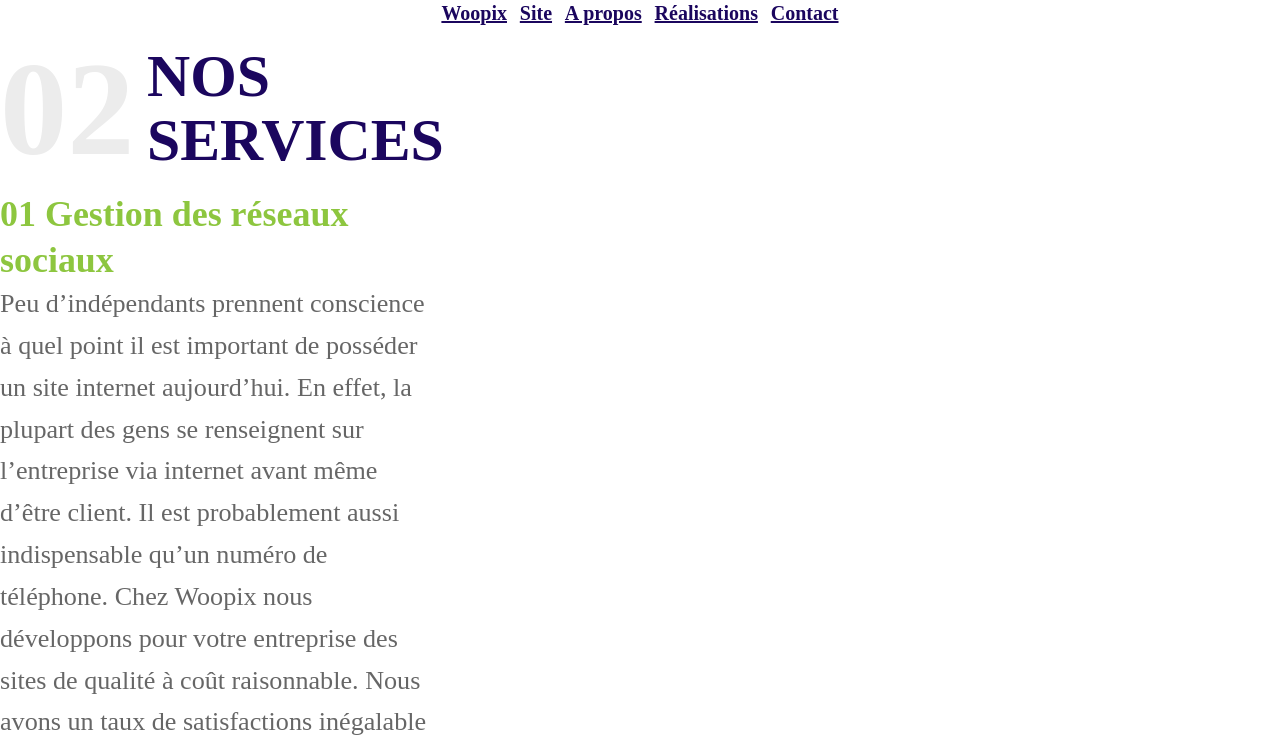
Repository: keloriane/woopix
Page: /woopix/nos-services
The author's editor kept a copy of each file at every save. The page is drawn from the files as they stood at one save, then again after the next save.
The browser window is 1280 px wide. The pictures show the whole page.
The project was rebuilt for these pictures with package versions that can differ from the ones it lists, and the page was loaded fresh each time. Also part of the build but not shown: src/pages/Services/components/ServiceItem.js, src/pages/Services/components/ServiceOption.js, src/pages/Services/index.js, src/pages/Home.js, src/global/Container.js, src/pages/About/index.js, src/pages/Portfolio/index.js.

Above is the page before, as saved 2020-09-25 13:34:35.

After the next save:
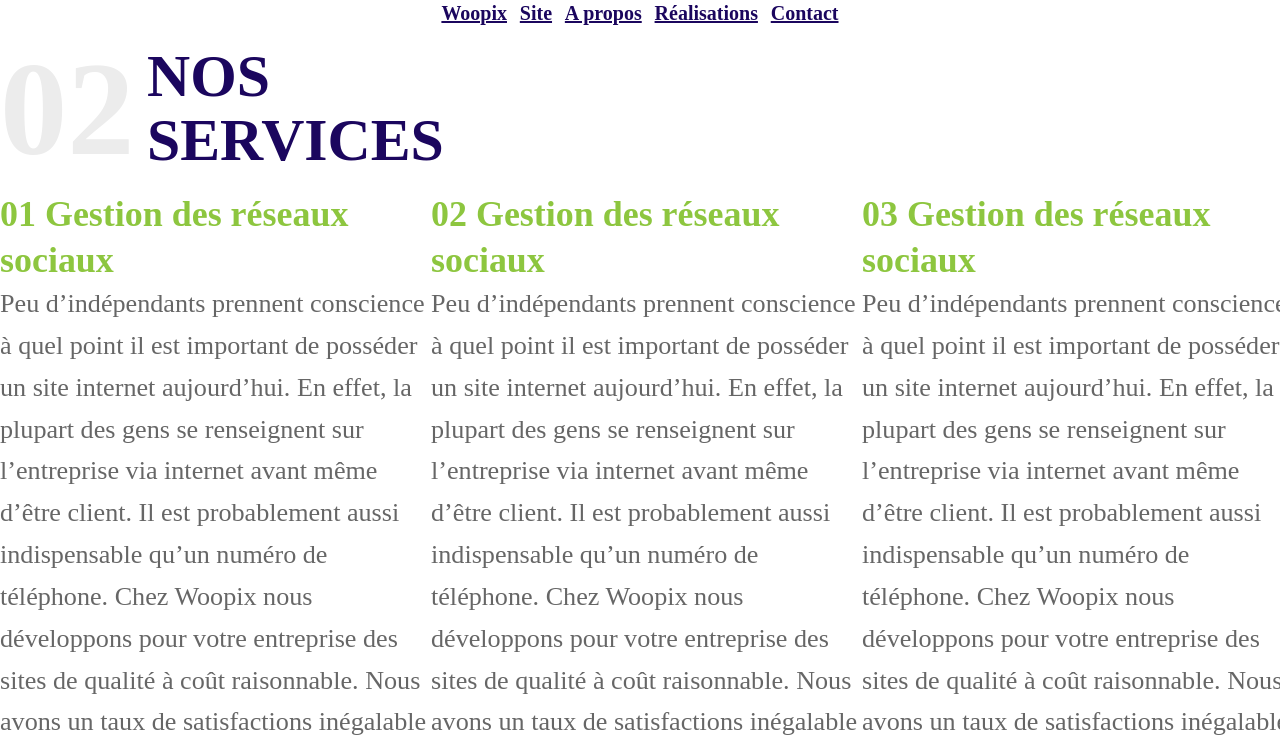
Saved 9 s later.
--- a/src/pages/OurServices/index.js
+++ b/src/pages/OurServices/index.js
@@ -62,8 +62,6 @@
       #our-service {
         .services {
           .slider-container {
-            width: 431px;
-            height: 612px;
             .swiper-slide {
               width: 431px;
               height: 612px;
